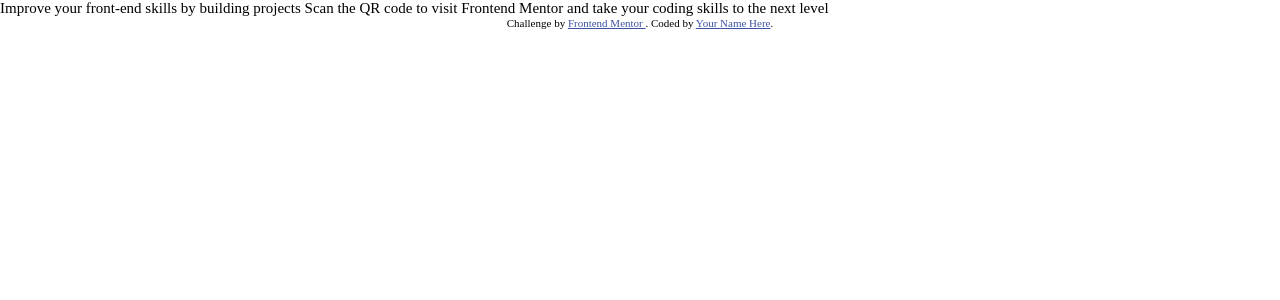
Repository: huynhnhutanhduy/qr-code-component
Page: index.html
An editor plug-in stored every save of this project. The page is shown before and after the next save, followed by the edit.
The browser window is 1280 px wide. The pictures show the whole page.

Above is the page before, as saved 2022-10-05 13:38:31.

After the next save:
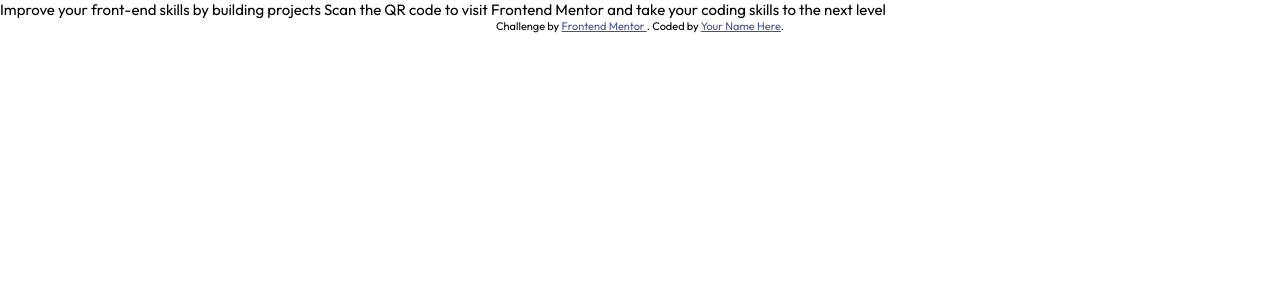
Saved 8 s later.
--- a/app.css
+++ b/app.css
@@ -19,4 +19,5 @@
 }
 body {
   font-size: 1.5rem;
+  font-family: "Outfit", sans-serif;
 }
